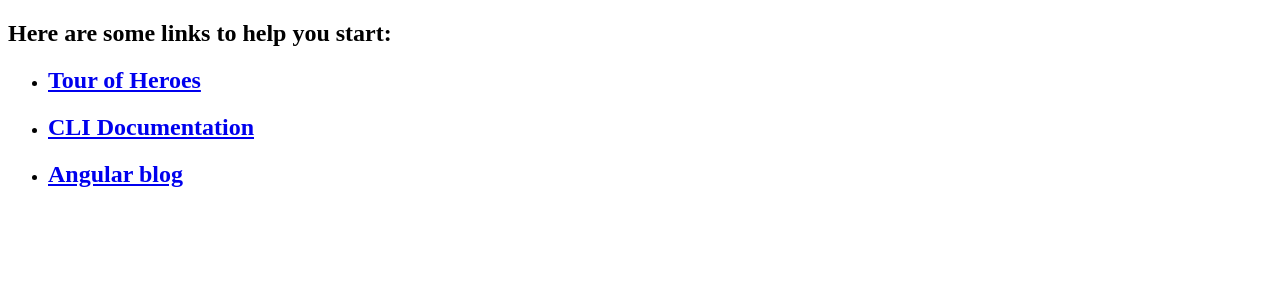
Repository: Jeshuastep/pruebaTesselar
Page: /
The author's editor kept a copy of each file at every save. The page is drawn from the files as they stood at one save, then again after the next save.
The browser window is 1280 px wide. The pictures show the whole page.
The project was rebuilt for these pictures with package versions that can differ from the ones it lists, and the page was loaded fresh each time. Also part of the build but not shown: angular.json, src/app/landing/landing.component.ts.

Above is the page before, as saved 2019-05-25 14:59:41.

After the next save:
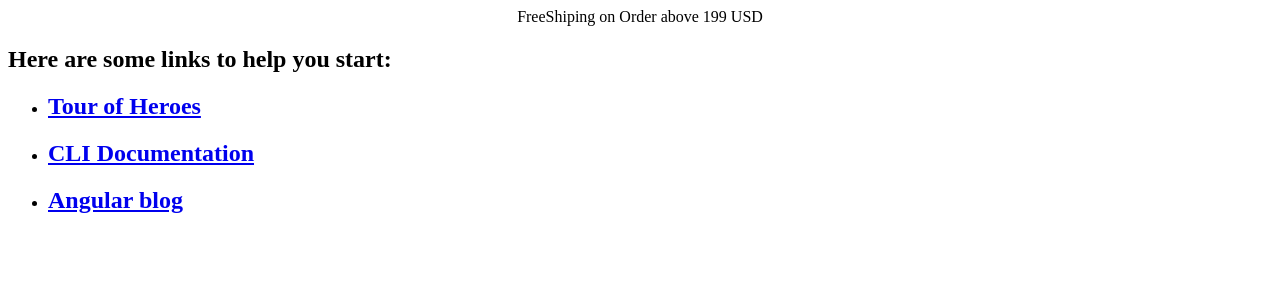
Saved 51 s later.
--- a/src/app/app.component.html
+++ b/src/app/app.component.html
@@ -1,5 +1,6 @@
 <!--The content below is only a placeholder and can be replaced.-->
 <div style="text-align:center" class="barraTop">
+      <span>FreeShiping on Order above 199 USD</span>
 
 </div>
 <h2>Here are some links to help you start: </h2>
